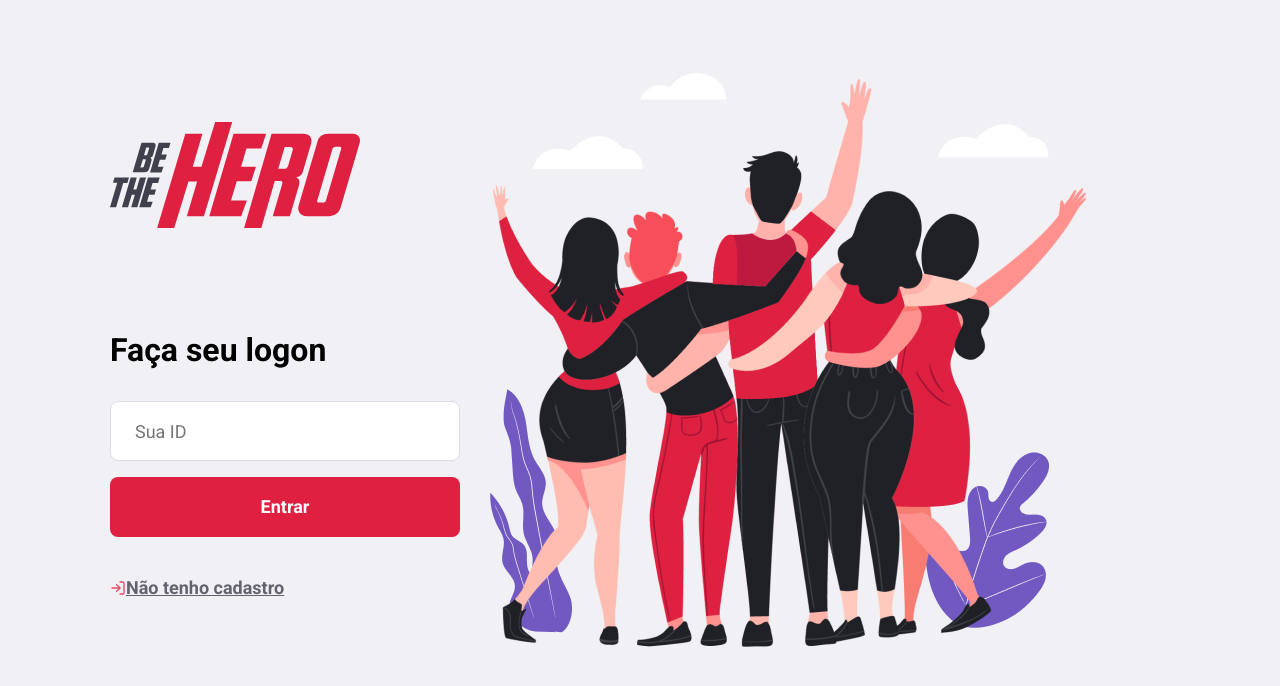
Repository: s7Thiago/semana-omnistack-11.0
Page: / (app in front-end/)
The author's editor kept a copy of each file at every save. The page is drawn from the files as they stood at one save, then again after the next save.
The browser window is 1280 px wide. The pictures show the whole page.
The pointer rests on the first visible `.logon-container section.form form a`.
The project was rebuilt for these pictures with package versions that can differ from the ones it lists, and the page was loaded fresh each time.

Above is the page before, as saved 2020-03-26 20:39:14.

### front-end/src/App.js
import React from 'react';
import './global.css';

import Logon from './pages/Logon';

function App() {

  return (
    <Logon />
  );
}

export default App;

### front-end/src/global.css
@import url('https://fonts.googleapis.com/css?family=Roboto:400,500,700&display=swap');

*{
    margin: 0;
    padding: 0;
    outline: 0;
    box-sizing: border-box; /*Faz com que o padding dos elementos seja anexado na sua largura e na sua altura*/
}

body{
    font: 400 14px Roboto, sans-serif;
    background: #f0f0f5;
    -webkit-font-smoothing: antialiased;
}

input, button, textarea {
    font: 400 18px Roboto, sans-serif;
}

button {
    cursor: pointer;
}

form input {
    width: 100%;
    height: 60px;
    color: #333;
    border: 1px solid #dcdce6;
    border-radius: 8px;
    padding: 0 24px;
}

.button {
    width: 100%;
    height: 60px;
    background: #e02041;
    border: 0;
    border-radius: 8px;
    color: #fff;
    font-weight: 700;
    margin-top: 16px;
    display: inline-block;
    text-align: center;
    text-decoration: nome;
    font-size: 18px;
    line-height: 60px;
    transition: filter 0.25s;
}

.button:hover{
    filter: brightness(90%);
}

### front-end/src/pages/Logon/index.js
import React from 'react';
import { FiLogIn } from 'react-icons/fi'

import './styles.css'

import heroesImg from '../../assets/heroes.png';
import logoImg from '../../assets/logo.svg';

export default function Logon() {
    return (
        <div className="logon-container">
            <section className="form">
                {/* Logo */}
                <img src={logoImg} alt="Be the Hero" />

                {/* Formulário */}
                <form>
                    <h1>Faça seu logon</h1>
                    <input placeholder="Sua ID" />
                    <button className="button" type="submit">Entrar</button>

                    <a href="/register">
                        <FiLogIn size={16} color="#E02041" />
                        Não tenho cadastro</a>
                </form>

            </section>
            <img src={heroesImg} alt='Heroes' />
        </div>


    );
}

### front-end/src/pages/Logon/styles.css
.logon-container{
    width: 100%;
    max-width: 1120px;
    height: 100vh;
    margin: 0 auto;

    display: flex;
    align-items: center;
}

.logon-container section.form{
    width: 100%;
    max-width: 350px;
    margin: 30px;
}

.logon-container section.form form{
    margin-top: 100px;
}

.logon-container section.form form h1 {
    font-size: 32px;
    margin-bottom: 32px;
}

.logon-container section.form form a{
    display: flex;
    align-items: center;
    margin-top: 40px;
    color: #41414d;
    font-size: 18px;
    text-decoration: nome;
    font-weight: bold;
    transition: opacity 0.2s;
}

.logon-container section.form form a:hover{
    opacity: 0.8;
}

Loaded but not shown: front-end/src/index.js (common file)

After the next save:
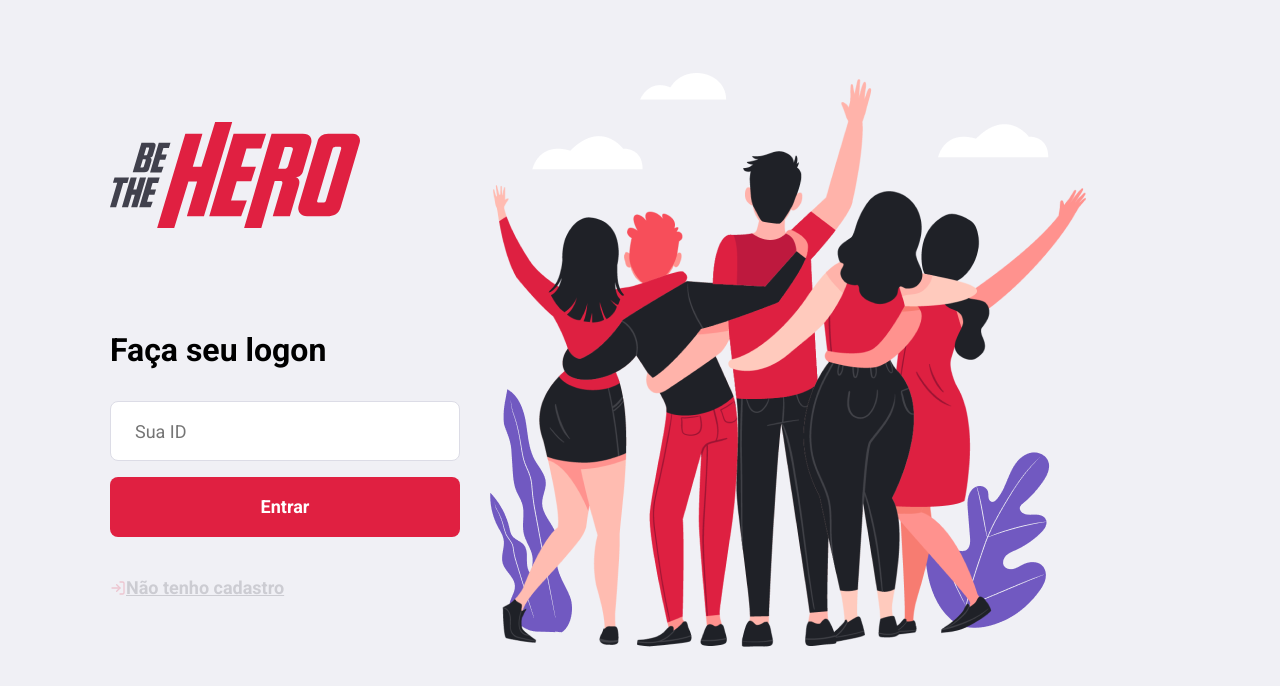
Saved 8 s later.
--- a/front-end/src/pages/Logon/styles.css
+++ b/front-end/src/pages/Logon/styles.css
@@ -35,5 +35,5 @@
 }
 
 .logon-container section.form form a:hover{
-    opacity: 0.8;
+    opacity: 0.2;
 }

After the save that followed:
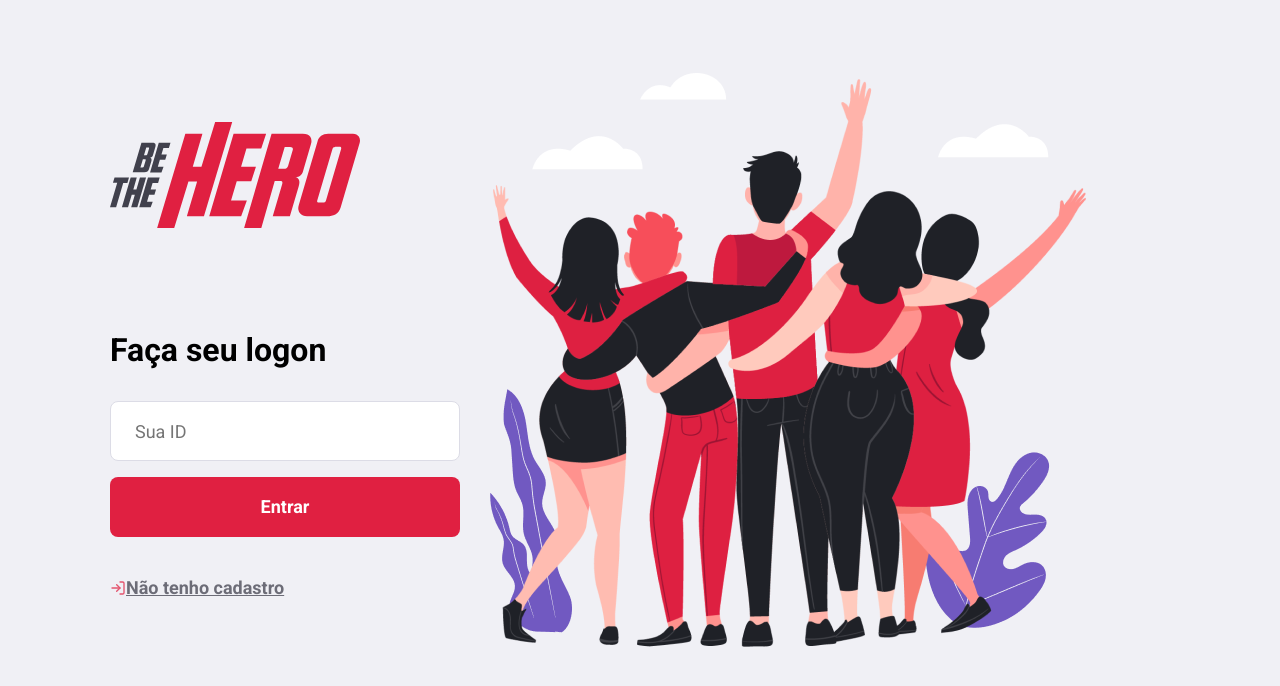
Saved 10 s later.
--- a/front-end/src/pages/Logon/styles.css
+++ b/front-end/src/pages/Logon/styles.css
@@ -35,5 +35,5 @@
 }
 
 .logon-container section.form form a:hover{
-    opacity: 0.2;
+    opacity: 0.75;
 }
